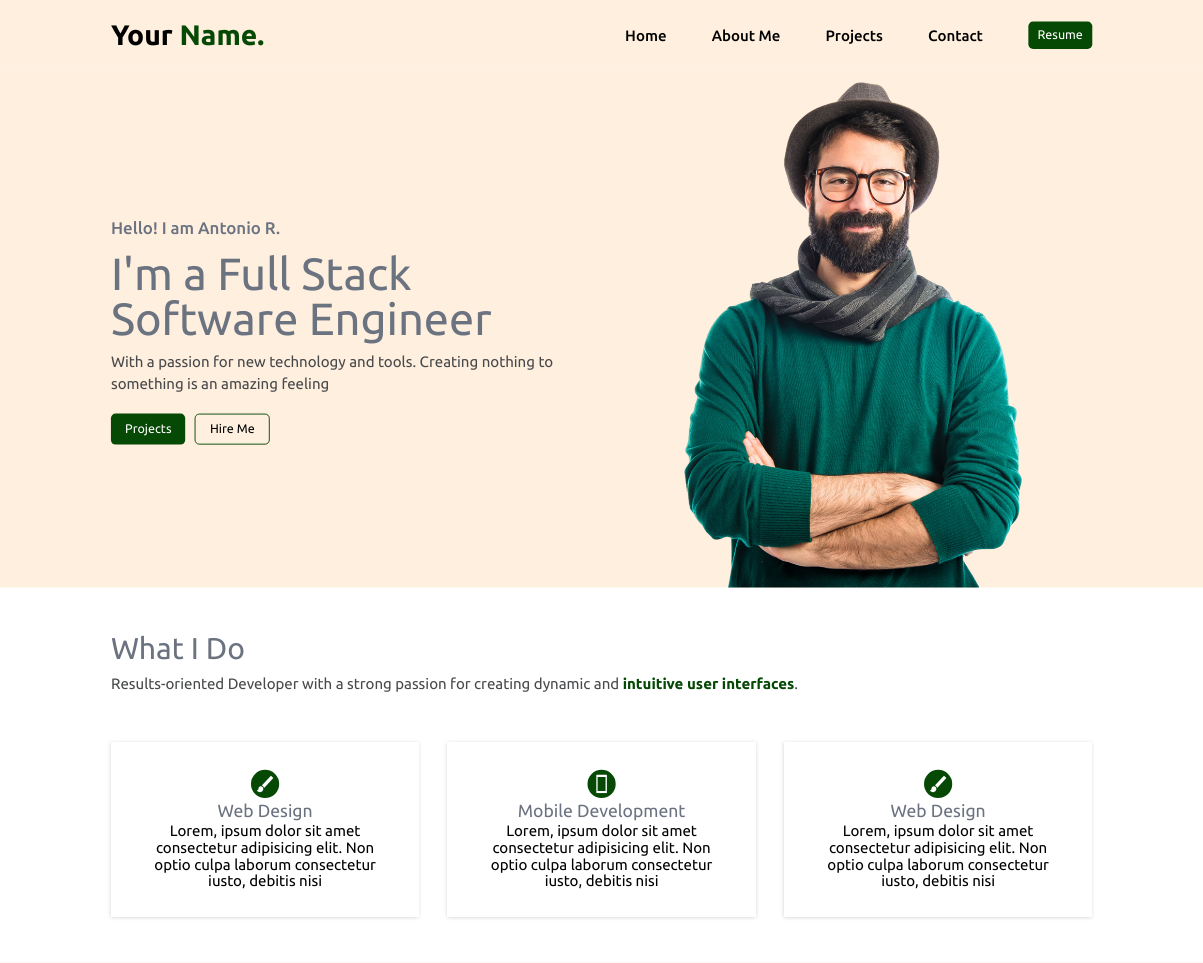
Repository: DevAntonioRogers/vanilla-portfolio
Page: index.html
An editor plug-in stored every save of this project. The page is shown before and after the next save, followed by the edit.
The browser window is 1280 px wide. The pictures show the whole page, at 94% of full size.

Above is the page before, as saved 2023-07-14 23:05:37.

### index.html
<!DOCTYPE html>
<html lang="en">
  <head>
    <meta charset="UTF-8" />
    <meta name="viewport" content="width=device-width, initial-scale=1.0" />
    <link rel="stylesheet" href="style.css" />
    <script type="module" src="https://unpkg.com/ionicons@7.1.0/dist/ionicons/ionicons.esm.js"></script>
    <script nomodule src="https://unpkg.com/ionicons@7.1.0/dist/ionicons/ionicons.js"></script>
    <title>Antonio Rogers</title>
  </head>
  <body>
    <nav>
      <div class="container navbar">
        <a href="/" aria-label="Home">
          <h1>Your <span>Name.</span></h1></a
        >
        <ul>
          <li>
            <a href="/" aria-label="Home">Home</a>
          </li>
          <li>
            <a href="/" aria-label="About Me">About Me</a>
          </li>
          <li>
            <a href="/" aria-label="Projects">Projects</a>
          </li>
          <li>
            <a href="/" aria-label="Contact">Contact</a>
          </li>
          <li>
            <a href="/resume.pdf" download aria-label="Download Resume">
              <button class="navbar-button">Resume</button>
            </a>
          </li>
        </ul>
      </div>
    </nav>

    <section class="hero">
      <div class="container hero-container">
        <div class="hero-info">
          <h4>Hello! I am Antonio R.</h4>
          <h1>I'm a Full Stack Software Engineer</h1>
          <p>With a passion for new technology and tools. Creating nothing to something is an amazing feeling</p>

          <div class="hero-btn-container">
            <button>Projects</button>
            <button>Hire Me</button>
          </div>
        </div>

        <div class="hero-image-container">
          <img src="hero.png" alt="" />
        </div>
      </div>
    </section>

    <section class="skills">
      <div class="container skills-container">
        <div class="skills-heading">
          <h2>What I Do</h2>
          <p>
            Results-oriented Developer with a strong passion for creating dynamic and
            <span>intuitive user interfaces</span>.
          </p>
        </div>

        <div class="skills-boxes">
          <div class="skill-box">
            <ion-icon name="brush-sharp"></ion-icon>
            <h3>Web Design</h3>
            <p>
              Lorem, ipsum dolor sit amet consectetur adipisicing elit. Non optio culpa laborum consectetur iusto,
              debitis nisi
            </p>
          </div>
          <div class="skill-box">
            <ion-icon name="phone-portrait-sharp"></ion-icon>
            <h3>Mobile Development</h3>
            <p>
              Lorem, ipsum dolor sit amet consectetur adipisicing elit. Non optio culpa laborum consectetur iusto,
              debitis nisi
            </p>
          </div>
          <div class="skill-box">
            <ion-icon name="brush-sharp"></ion-icon>
            <h3>Web Design</h3>
            <p>
              Lorem, ipsum dolor sit amet consectetur adipisicing elit. Non optio culpa laborum consectetur iusto,
              debitis nisi
            </p>
          </div>
        </div>
      </div>
    </section>
  </body>
</html>

### style.css
@import url("https://fonts.googleapis.com/css2?family=Ubuntu:wght@300;400;500;700&display=swap");

* {
  box-sizing: border-box;
  padding: 0;
  margin: 0;
  font-family: "Ubuntu", sans-serif;
}

a {
  text-decoration: none;
  color: inherit;
}

li {
  list-style: none;
}

.container {
  width: 89%;
  margin: auto;
  max-width: 1044px;
}

ion-icon {
  background-color: rgb(5, 73, 5);
  padding: 5px;
  font-size: 20px;
  color: white;
  border-radius: 50px;
}

/* NAVBAR STYLING */

nav {
  background: #feefde;
  padding: 20px 0;
}

.navbar {
  display: flex;
  justify-content: space-between;
  align-items: center;
}

.navbar h1 {
  font-size: 30px;
  font-weight: 700;
}

.navbar span {
  color: rgb(5, 73, 5);
}

.navbar ul {
  display: flex;
  align-items: center;
  gap: 3rem;
}

.navbar ul li {
  font-weight: 500;
}

.navbar-button {
  background-color: rgb(5, 73, 5);
  padding: 7px 10px;
  border-radius: 5px;
  color: white;
  border: none;
}

/* HERO STYLES */

.hero {
  background-color: #feefde;
}

.hero-container {
  display: grid;
  grid-template-columns: repeat(2, minmax(0, 1fr));
  align-items: center;
  gap: 1.5rem;
}

.hero-image-container {
  display: flex;
  justify-content: center;
  align-items: center;
}

.hero-info h4 {
  font-size: 1.12rem;
  line-height: 1.75rem;
  color: #6b7280;
  font-weight: 500;
  margin-bottom: 10px;
}

.hero-info h1 {
  font-size: 3rem;
  line-height: 1;
  color: #6b7280;
  font-weight: 400;
  margin-bottom: 10px;
}

.hero-info p {
  font-size: 1rem;
  line-height: 1.5rem;
  font-weight: 400;
  color: #48494b;
}

.hero-btn-container {
  margin-top: 20px;
  display: flex;
  gap: 10px;
}
.hero-btn-container button:nth-child(1) {
  background-color: rgb(5, 73, 5);
  color: white;
  border: none;
  padding: 8px 15px;
  border-radius: 5px;
}

.hero-btn-container button:nth-child(2) {
  background-color: transparent;
  padding: 8px 15px;
  border-radius: 5px;
  border: solid 1px rgb(5, 73, 5);
}

.hero-container img {
  height: 550px;
  position: relative;
}

/* Skills Styles */

.skills {
  padding: 3rem 0;
}

.skills-heading h2 {
  font-size: 2rem;
  line-height: 1;
  color: #6b7280;
  font-weight: 400;
  margin-bottom: 10px;
}

.skills-heading p {
  font-size: 1rem;
  line-height: 1.5rem;
  font-weight: 400;
  color: #48494b;
}

.skills-heading span {
  color: rgb(5, 73, 5);
  font-weight: 700;
}

.skills-boxes {
  display: grid;
  grid-template-columns: repeat(3, minmax(0, 1fr));
  gap: 30px;
  text-align: center;
  margin-top: 50px;
}

.skill-box {
  box-shadow: rgba(0, 0, 0, 0.16) 0px 1px 4px;
  padding: 30px;
}

.skill-box h3 {
  font-weight: 400;
  color: #6b7280;
}

After the next save:
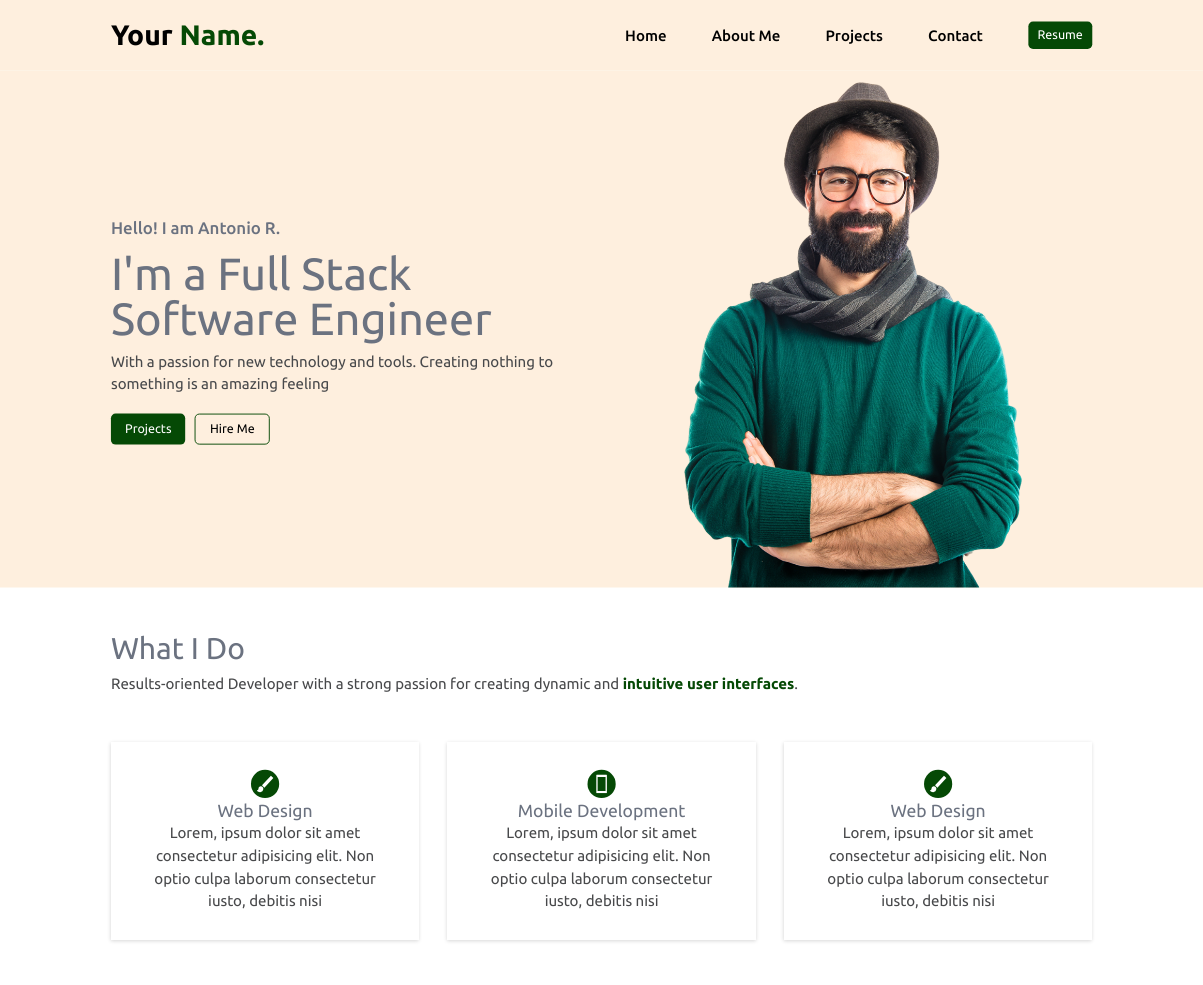
Saved 18 s later.
--- a/style.css
+++ b/style.css
@@ -180,3 +180,10 @@ nav {
   font-weight: 400;
   color: #6b7280;
 }
+
+.skill-box p {
+  font-size: 1rem;
+  line-height: 1.5rem;
+  font-weight: 400;
+  color: #48494b;
+}
